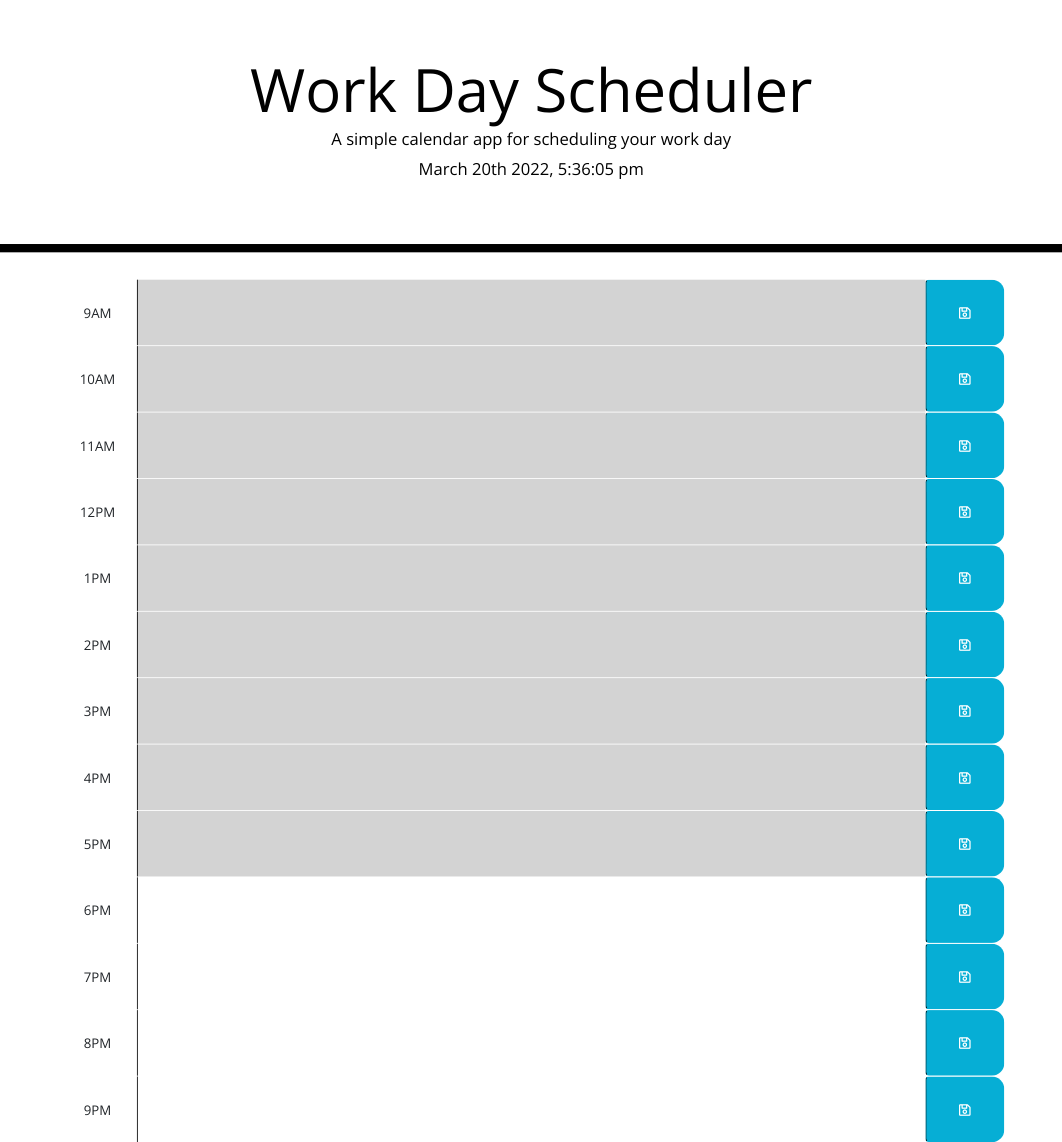
Repository: cobalt88/work-day-scheduler
Page: index.html
These files come from the project's save history. The page is drawn as it stood at one moment and after the next save; the edit follows.
The browser window is 1280 px wide. The pictures show the whole page, at 83% of full size.
Some web libraries are served in a nearby version.

Above is the page before, as saved 2022-03-25 18:30:41.

### index.html
<!DOCTYPE html>
<html lang="en">
  <head>
    <meta charset="UTF-8" />
    <meta name="viewport" content="width=device-width, initial-scale=1.0" />
    <meta http-equiv="X-UA-Compatible" content="ie=edge" />
    <link
      rel="stylesheet"
      href="https://stackpath.bootstrapcdn.com/bootstrap/4.3.1/css/bootstrap.min.css"
    />
    <link
      rel="stylesheet"
      href="https://use.fontawesome.com/releases/v5.8.1/css/all.css"
      integrity="sha384-50oBUHEmvpQ+1lW4y57PTFmhCaXp0ML5d60M1M7uH2+nqUivzIebhndOJK28anvf"
      crossorigin="anonymous"
    />
    <link
      href="https://fonts.googleapis.com/css?family=Open+Sans&display=swap"
      rel="stylesheet"
    />
    <link rel="stylesheet" href="./assets/style.css" />
    <title>Work Day Scheduler</title>
  </head>

  <body>
    <header class="jumbotron">
      <h1 class="display-3">Work Day Scheduler</h1>
      <p class="lead">A simple calendar app for scheduling your work day</p>
      <p id="currentDay" class="lead"></p>
    </header>
    <div class="container">
      <!-- Timeblocks go here -->

      <div class="row time-block" id="900">
        <div class="col-xl-1  col-md-1 col-2">
          9AM
        </div>
        <textarea class="col-xl-10 col-md-10 col-8 "></textarea>
        <button class="btn saveBtn col-xl-1 col-md-1 col-2 far fa-save"></button>
      </div>

      <div class="row time-block" id="1000">
        <div class="col-xl-1 col-md-1 col-2">
          10AM
        </div>
        <textarea class="col-xl-10 col-md-10 col-8 "></textarea>
        <button class="btn saveBtn col-xl-1 col-md-1 col-2 far fa-save"></button>
      </div>

      <div class="row time-block" id="1100">
        <div class="col-xl-1 col-md-1 col-2">
          11AM
        </div>
        <textarea class="col-xl-10 col-md-10 col-8 "></textarea>
        <button class="btn saveBtn col-xl-1 col-md-1 col-2 far fa-save"></button>
      </div>

      <div class="row time-block" id="1200">
        <div class="col-xl-1 col-md-1 col-2">
          12PM
        </div>
        <textarea class="col-xl-10 col-md-10 col-8 "></textarea>
        <button class="btn saveBtn col-xl-1 col-md-1 col-2 far fa-save"></button>
      </div>

      <div class="row time-block" id="1300">
        <div class="col-xl-1 col-md-1 col-2">
          1PM
        </div>
        <textarea class="col-xl-10 col-md-10 col-8 "></textarea>
        <button class="btn saveBtn col-xl-1 col-md-1 col-2 far fa-save"></button>
      </div>

      <div class="row time-block" id="1400">
        <div class="col-xl-1 col-md-1 col-2">
          2PM
        </div>
        <textarea class="col-xl-10 col-md-10 col-8 "></textarea>
        <button class="btn saveBtn col-xl-1 col-md-1 col-2 far fa-save"></button>
      </div>

      <div class="row time-block" id="1500">
        <div class="col-xl-1 col-md-1 col-2">
          3PM
        </div>
        <textarea class="col-xl-10 col-md-10 col-8 "></textarea>
        <button class="btn saveBtn col-xl-1 col-md-1 col-2 far fa-save"></button>
      </div>

      <div class="row time-block" id="1600">
        <div class="col-xl-1 col-md-1 col-2">
          4PM
        </div>
        <textarea class="col-xl-10 col-md-10 col-8 "></textarea>
        <button class="btn saveBtn col-xl-1 col-md-1 col-2 far fa-save"></button>
      </div>

      <div class="row time-block" id="1700">
        <div class="col-xl-1 col-md-1 col-2">
          5PM
        </div>
        <textarea class="col-xl-10 col-md-10 col-8 "></textarea>
        <button class="btn saveBtn col-xl-1 col-md-1 col-2 far fa-save"></button>
      </div>

      <div class="row time-block" id="1800">
        <div class="col-xl-1 col-md-1 col-2">
          6PM
        </div>
        <textarea class="col-xl-10 col-md-10 col-8 "></textarea>
        <button class="btn saveBtn col-xl-1 col-md-1 col-2 far fa-save"></button>
      </div>

      <div class="row time-block" id="1900">
        <div class="col-xl-1 col-md-1 col-2">
          7PM
        </div>
        <textarea class="col-xl-10 col-md-10 col-8 "></textarea>
        <button class="btn saveBtn col-xl-1 col-md-1 col-2 far fa-save"></button>
      </div>

      <div class="row time-block" id="2000">
        <div class="col-xl-1 col-md-1 col-2">
          8PM
        </div>
        <textarea class="col-xl-10 col-md-10 col-8 "></textarea>
        <button class="btn saveBtn col-xl-1 col-md-1 col-2 far fa-save"></button>
      </div>

      <div class="row time-block" id="2100">
        <div class="col-xl-1 col-md-1 col-2">
          9PM
        </div>
        <textarea class="col-xl-10 col-md-10 col-8 "></textarea>
        <button class="btn saveBtn col-xl-1 col-md-1 col-2 far fa-save"></button>
      </div>


    </div>

    <script src="https://code.jquery.com/jquery-3.4.1.min.js"></script>
    <script src="https://cdnjs.cloudflare.com/ajax/libs/moment.js/2.24.0/moment.min.js"></script>
    <script src="./assets/logic.js"></script>
  </body>
</html>

### assets/style.css
body {
  font-family: 'Open Sans', sans-serif;
  font-size: 16px;
  line-height: 1;
}

textarea{
  background: transparent;
  border: none;
  resize: none;
  color: #000000;
  border-left: 1px solid black;
  padding: 10px;
}

.jumbotron {
  text-align: center;
  background-color: transparent;
  color: black;
  border-radius: 0;
  border-bottom: 10px solid black;
}

.description{
  white-space: pre-wrap;
}

.time-block{
  text-align: center;
  border-radius: 15px;
}

.row {
  white-space: pre-wrap;
  height: 80px;
  border-top: 1px solid white;;
}

.hour {
  background-color: #ffffff;
  color: #000000;
  border-top: 1px dashed #000000;
}

.past {
  background-color: #d3d3d3;
  color: white;
}

.present {
  background-color: #ff6961;
  color: white;
}

.future {
  background-color: #77dd77;
  color: white;
}

.saveBtn {
  border-left: 1px solid black;
  border-top-right-radius: 15px;
  border-bottom-right-radius: 15px;
  background-color: #06AED5;
  color: white;
}

.saveBtn i:hover {
  font-size: 20px;
  transition: all .3s ease-in-out;
}

### assets/logic.js
// var timeBlock0 = document.getElementById('hr-9A');
// var timeBlock1 = document.getElementById('hr-10A');
// var timeBlock2 = document.getElementById('hr-11A');
// var timeBlock3 = document.getElementById('hr-12P');
// var timeBlock4 = document.getElementById('hr-1P');
// var timeBlock5 = document.getElementById('hr-2P');
// var timeBlock6 = document.getElementById('hr-3P');
// var timeBlock7 = document.getElementById('hr-4P');
// var timeBlock8 = document.getElementById('hr-5P');
// var timeBlock9 = document.getElementById('hr-6P');
// var timeBlock10 = document.getElementById('hr-7P');
// var timeBlock11 = document.getElementById('hr-8P');
// var timeBlock12 = document.getElementById('hr-9P');



function updateTime(){
var currentDate = moment().format('MMMM Do YYYY, h:mm:ss a');
$("#currentDay").html(currentDate);
}

setInterval(function() {
  updateTime();
}, 1000);


const timeBlocks = Array.from(document.getElementsByClassName('time-block'));
var currentTime = moment().format('HHmm');
console.log(timeBlocks[0].children[1])

for (let i = 0; i < timeBlocks.length; i++) {

  var timeBlockId = parseInt(timeBlocks[i].id);
  var time = parseInt(currentTime);

  if (timeBlockId < time) {
    timeBlocks[i].children[1].className += 'past';
    if (timeBlockId > time) {
      timeBlocks[i].children[1].className += 'future';
    }
  }
}

updateTime();
setInterval(function() {
  updateTime();
}, 1000);

After the next save:
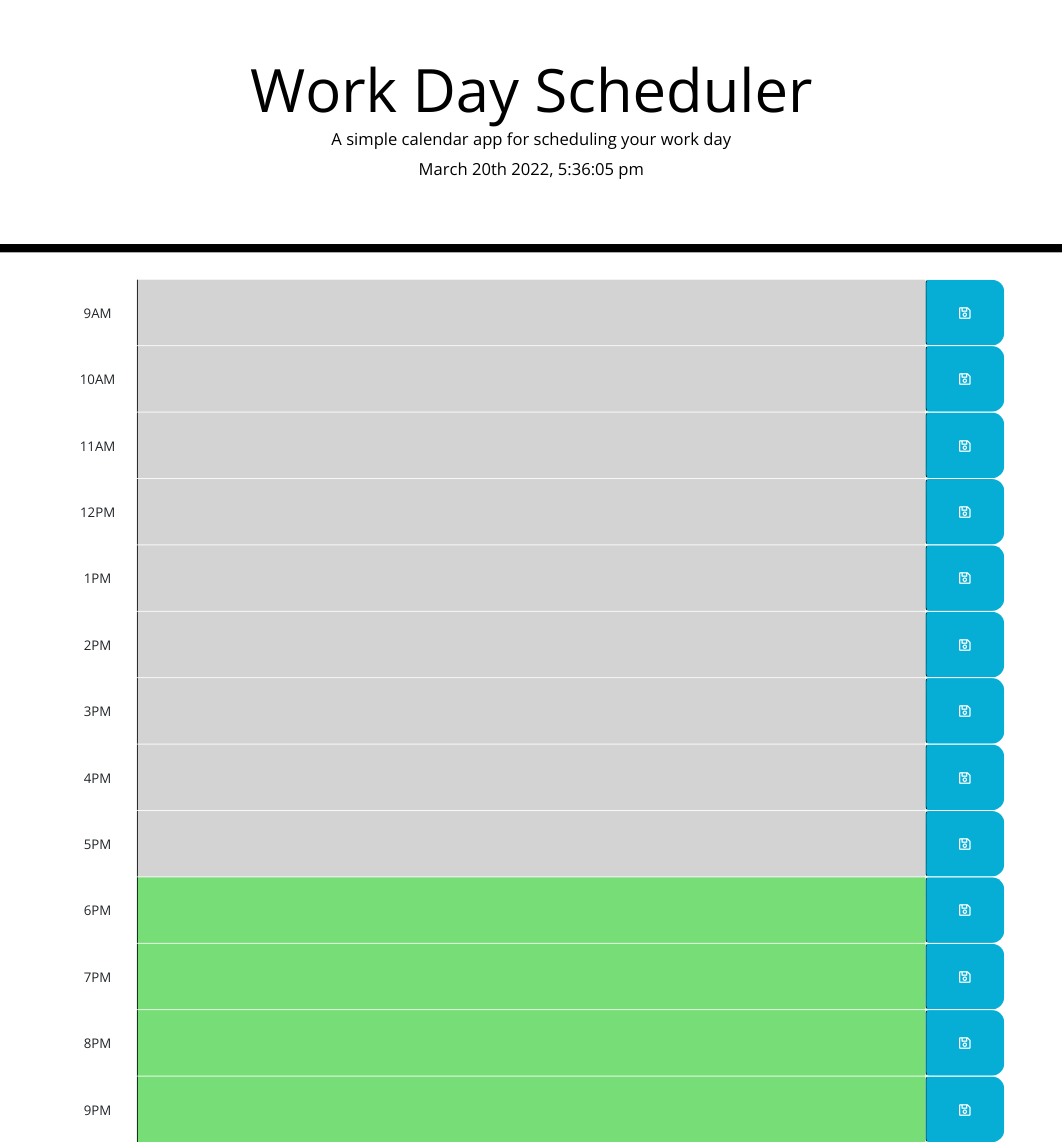
Saved 105 s later.
--- a/assets/logic.js
+++ b/assets/logic.js
@@ -35,9 +35,9 @@ for (let i = 0; i < timeBlocks.length; i++) {
 
   if (timeBlockId < time) {
     timeBlocks[i].children[1].className += 'past';
-    if (timeBlockId > time) {
-      timeBlocks[i].children[1].className += 'future';
-    }
+  }
+  if (timeBlockId > time) {
+    timeBlocks[i].children[1].className += 'future';
   }
 }
 
